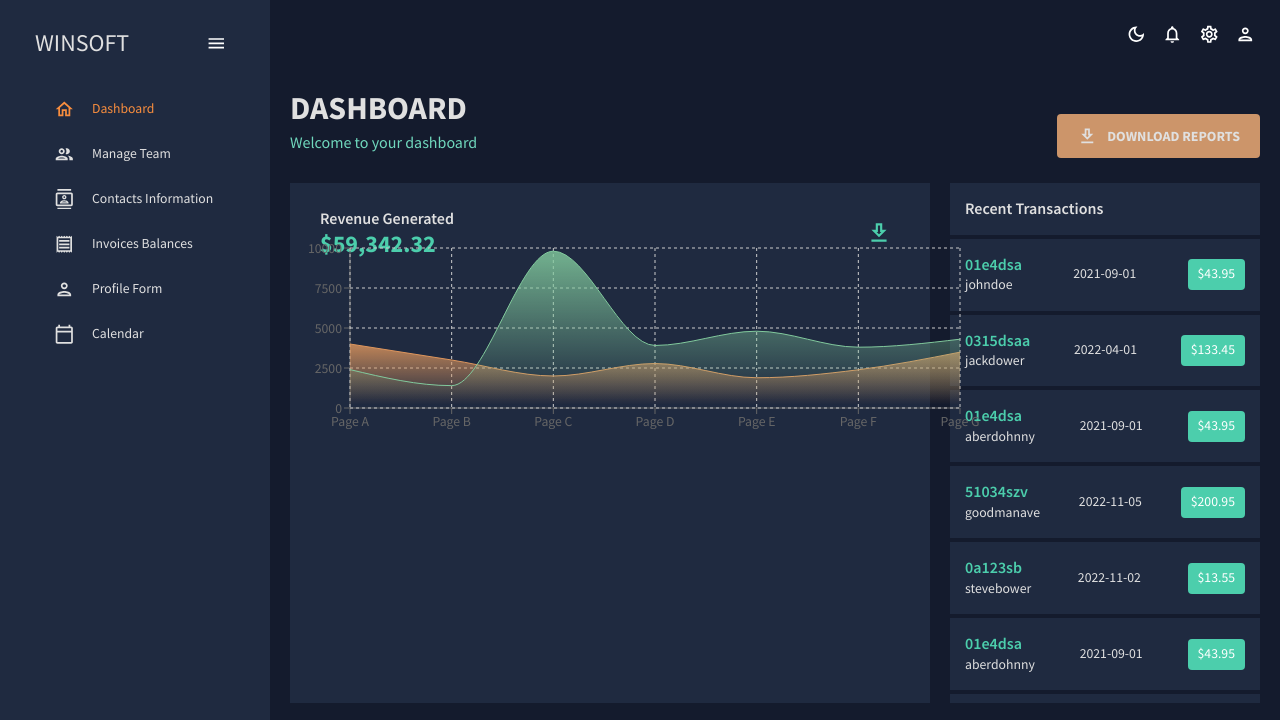
Repository: thamaraiselvan315731/winssoft
Page: /
These files come from the project's save history. The page is drawn as it stood at one moment and after the next save; the edit follows.
The browser window is 1280 px wide. The pictures show the whole page.
The project was rebuilt for these pictures with package versions that can differ from the ones it lists, and the page was loaded fresh each time. Also part of the build but not shown: src/pages/team/index.jsx, src/pages/invoices/index.jsx, src/pages/contacts/index.jsx, src/pages/form/index.jsx, src/components/LineChart.jsx, src/data/mockGeoFeatures.js, src/components/GeographyChart.jsx, src/components/BarChart.jsx and 4 more.

Above is the page before, as saved 2022-12-01 11:10:19.

After the next save:
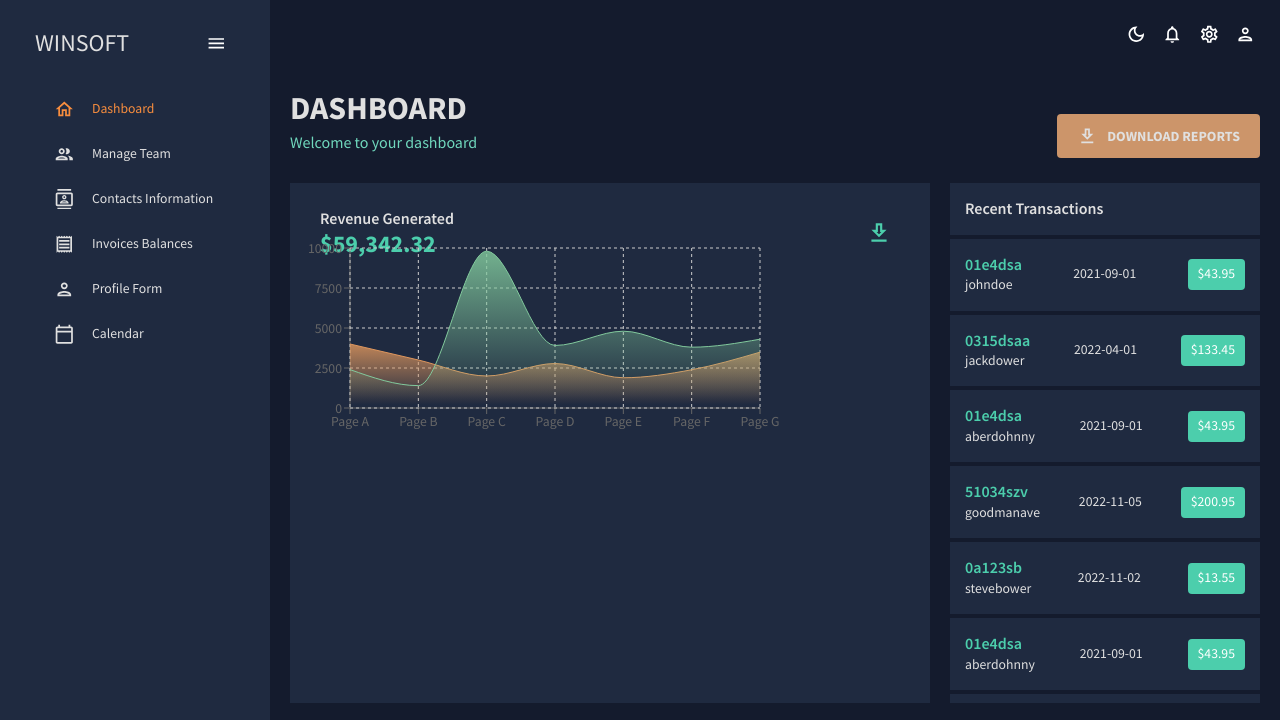
Saved 46 s later.
--- a/src/Charts/AreaChart.js
+++ b/src/Charts/AreaChart.js
@@ -52,7 +52,7 @@ export const AreaCharts = () => {
     // const colors = tokens(theme.palette.mode);
 
     return (
-        <ResponsiveContainer width={700} height="80%">
+        <ResponsiveContainer width={500} height="80%">
             < AreaChart width={730} height={250} data={data}
                 margin={{ top: 10, right: 30, left: 0, bottom: 0 }}>
                 <defs>
